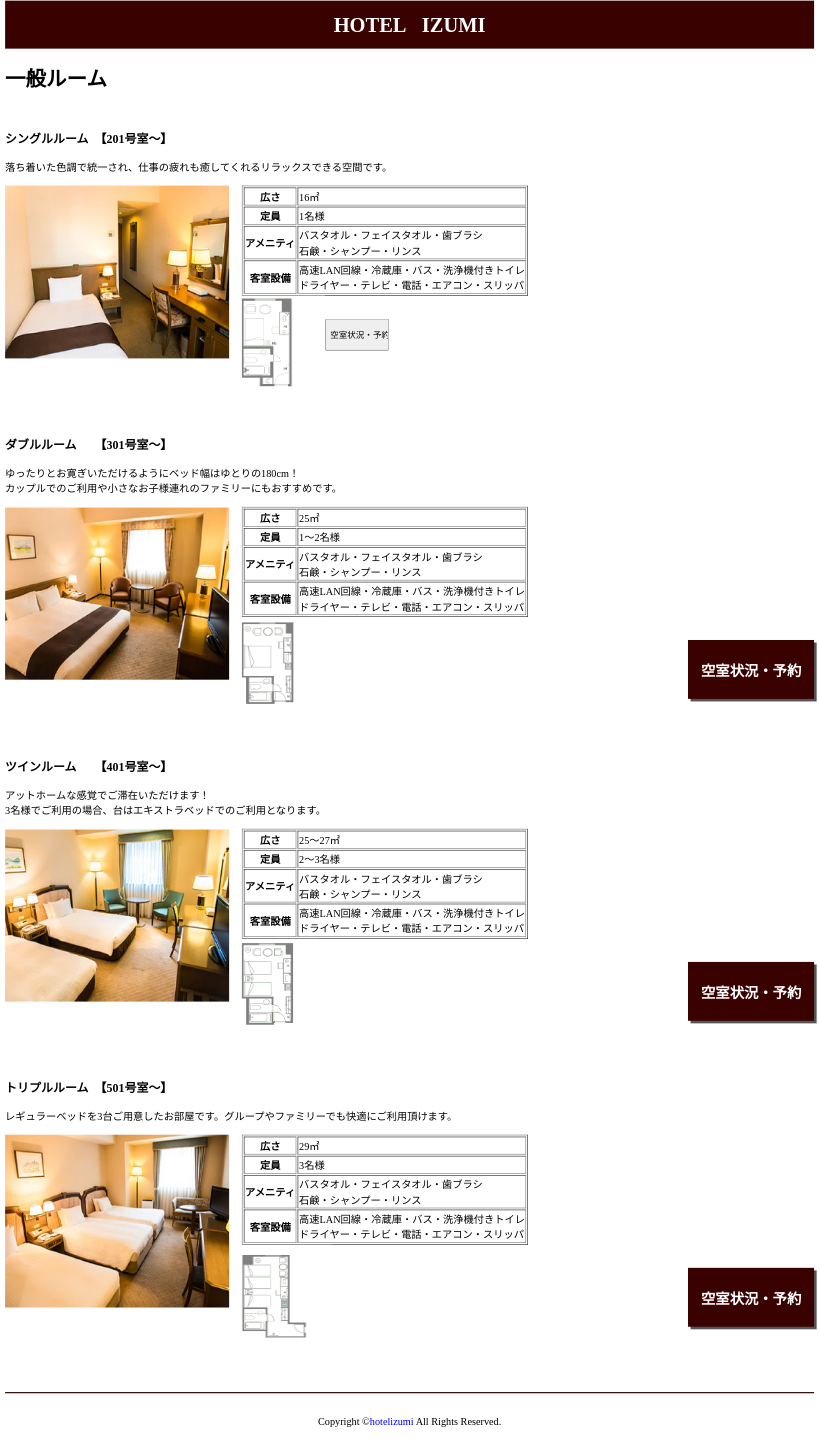
Repository: sep-dev/hotel_site
Page: http://localhost/HOTEL_IZUMI/general
The author's editor kept a copy of each file at every save. The page is drawn from the files as they stood at one save, then again after the next save.
The browser window is 1280 px wide. The pictures show the whole page, at 64% of full size.
The page is served by Tomcat 9. Other server files are loaded and not shown.

Above is the page before, as saved 2016-05-30 05:14:12.

### HOTEL_IZUMI/src/main/webapp/WEB-INF/views/general.jsp
<!DOCTYPE html>
<%@ page language="java" contentType="text/html; charset=UTF-8" pageEncoding="UTF-8"%>
<%@ taglib prefix="form" uri="http://www.springframework.org/tags/form" %>
<!-- http://www.aspen-hotel.co.jp/room/を参考 -->

<html>
  <head>
    <meta http-equiv="Content-Type" content="text/html; charset=Shift_JIS">
    <title>一般ルーム</title>
    <style type="text/css">
      div.example img {
        margin: 0px 20px 0px 0px;
      }
      <%@include file="../css/style.css" %>
    </style>
  </head>
  <body>
    <form action="http://localhost:8080/Izumi/calender">
      <div id="header">
        <div id="header h1"><h1><a HREF="http://localhost:8080/Izumi/top" STYLE="text-decoration:none"><font color="#FFFFFF">HOTEL&nbsp;&nbsp;&nbsp;IZUMI</font></a></h1></div>
      </div>

      <h1>一般ルーム</h1><br>
      <h3>シングルルーム　【201号室～】</h3>
      落ち着いた色調で統一され、仕事の疲れも癒してくれるリラックスできる空間です。<br><br>
      <div class="example">
        <img src="./resources/picture/ph01.jpg" alt="サンプル図" width="350" height="270"  align="left" >
      </div>
      <table border="1" >
        <tr>
          <th>広さ</th>
          <td>16㎡</td>
        </tr>
        <tr>
          <th>定員</th>
          <td>1名様</td>
        </tr>
        <tr>
          <th rowspan="2">アメニティ</th>
          <td rowspan="2">バスタオル・フェイスタオル・歯ブラシ<br>石鹸・シャンプー・リンス</td>
        </tr>
        <tr>
        </tr>
        <tr>
          <th rowspan="2">客室設備</th>
          <td rowspan="2">高速LAN回線・冷蔵庫・バス・洗浄機付きトイレ<br>ドライヤー・テレビ・電話・エアコン・スリッパ</td>
        </tr>
        <tr>
        </tr>
      </table>

      <img src="./resources/picture/ph01_shw1.png" alt="間取り図" width="130" height="146" align="left" ><br><br>

      <input type="submit" value="空室状況・予約" style="width:100px; height:50px" >
      <br clear="all">
      <br><br><br>

      <h3>ダブルルーム　　【301号室～】</h3>
      ゆったりとお寛ぎいただけるようにベッド幅はゆとりの180cm！<br>カップルでのご利用や小さなお子様連れのファミリーにもおすすめです。<br><br>
      <div class="example">
        <img src="./resources/picture/ph04.jpg" alt="サンプル図" width="350" height="270"  align="left" >
      </div>
      <table border="1" >
        <tr>
          <th>広さ</th>
          <td>25㎡</td>
        </tr>
        <tr>
          <th>定員</th>
          <td>1～2名様</td>
        </tr>
        <tr>
          <th rowspan="2">アメニティ</th>
          <td rowspan="2">バスタオル・フェイスタオル・歯ブラシ<br>石鹸・シャンプー・リンス</td>
        </tr>
        <tr>
        </tr>
        <tr>
          <th rowspan="2">客室設備</th>
          <td rowspan="2">高速LAN回線・冷蔵庫・バス・洗浄機付きトイレ<br>ドライヤー・テレビ・電話・エアコン・スリッパ</td>
        </tr>
        <tr>
        </tr>
      </table>

      <img src="./resources/picture/ph04_shw1.png" alt="間取り図" width="130" height="146" align="left" ><br><br>

      <button class="button2" type="submit" value="301" >空室状況・予約</button>
      <br clear="all">
      <br><br><br>

      <h3>ツインルーム　　【401号室～】</h3>
      アットホームな感覚でご滞在いただけます！<br>3名様でご利用の場合、台はエキストラベッドでのご利用となります。<br><br>

      <div class="example">
        <img src="./resources/picture/ph06.jpg" alt="サンプル図" width="350" height="270"  align="left" >
      </div>
      <table border="1" >
        <tr>
          <th>広さ</th>
          <td>25～27㎡</td>
        </tr>
        <tr>
          <th>定員</th>
          <td>2～3名様</td>
        </tr>
        <tr>
          <th rowspan="2">アメニティ</th>
          <td rowspan="2">バスタオル・フェイスタオル・歯ブラシ<br>石鹸・シャンプー・リンス</td>
        </tr>
        <tr>
        </tr>
        <tr>
          <th rowspan="2">客室設備</th>
          <td rowspan="2">高速LAN回線・冷蔵庫・バス・洗浄機付きトイレ<br>ドライヤー・テレビ・電話・エアコン・スリッパ</td>
        </tr>
        <tr>
        </tr>
      </table>

      <img src="./resources/picture/ph06_shw1.png" alt="間取り図" width="120" height="146" align="left" ><br><br>

      <button class="button2" type="submit" value="401" >空室状況・予約</button>
      <br clear="all">
      <br><br><br>

      <h3>トリプルルーム　【501号室～】</h3>
      レギュラーベッドを3台ご用意したお部屋です。グループやファミリーでも快適にご利用頂けます。<br><br>
      <div class="example">
        <img src="./resources/picture/ph07.jpg" alt="サンプル図" width="350" height="270"  align="left" >
      </div>
      <table border="1" >
        <tr>
          <th>広さ</th>
          <td>29㎡</td>
        </tr>
        <tr>
          <th>定員</th>
          <td>3名様</td>
        </tr>
        <tr>
          <th rowspan="2">アメニティ</th>
          <td rowspan="2">バスタオル・フェイスタオル・歯ブラシ<br>石鹸・シャンプー・リンス</td>
        </tr>
        <tr>
        </tr>
        <tr>
          <th rowspan="2">客室設備</th>
          <td rowspan="2">高速LAN回線・冷蔵庫・バス・洗浄機付きトイレ<br>ドライヤー・テレビ・電話・エアコン・スリッパ</td>
        </tr>
        <tr>
        </tr>
      </table>

      <img src="./resources/picture/ph07_shw1.png" alt="間取り図" width="140" height="146" align="left" ><br><br>

      <button class="button2" type="submit" value="501" >空室状況・予約</button>
      <br clear="all">
      <br><br><br>

      <div id="footer">
        <p id="copyright">Copyright &copy;<a href="http://hotelizumi.com">hotelizumi</a> All Rights Reserved.</p>
      </div>
    </form>
  </body>
</html>

### HOTEL_IZUMI/src/main/webapp/WEB-INF/views/common/header.jsp
<%@ taglib uri="http://java.sun.com/jsp/jstl/core" prefix="c" %>
<%@ taglib prefix="form" uri="http://www.springframework.org/tags/form"%>
<%@page language="java" contentType="text/html; charset=UTF-8" pageEncoding="UTF-8"%>
<%@ page contentType="text/html; charset=UTF-8"%>

### HOTEL_IZUMI/src/main/webapp/WEB-INF/css/style.css
html{
    margin: 0;
    margin-top:-20px;
    padding: 0;
    width:100%;
    height:100%;
}
.top{
	display:block;
	margin-left:auto;
	margin-right:auto;
}

#contents {
    top : 0px;
    padding : 10px;
    margin : 10px;
    text-align : center;
}

#contents img{
    padding-bottom:10px;
}

#contents button {
    font-size: 1.4em;
    font-weight: bold;
    padding: 10px 30px;
    background-color: #200;
    color: #ffffff;
    border-style: none;
}

#table{
    border:0;
    background-color:#CCCCCC;
    font-size:24px;
    color:#666666;
    width:200px;
}

#table3{
    border:0;
    background-color:#CCCCCC;
    font-size:24px;
    color:#666666;
    width:200px;
}

/*--------calender----------*/
#Sunday{
    text-align:center;
    width:200;
    height:40;
    background-color:#C7D8ED;
    color:#FF3300;
    padding:15px;
}
#MonFri{
    text-align:center;
    width:200;
    background-color:#C7D8ED;
    color:#666666;
    padding:15px;
}
#Saturday{
    text-align:center;
    width:200;
    background-color:#C7D8ED;
    color:#666666;
    padding:15px;
}
#Saturday2{
    text-align:center;
    width:200;
    background-color:#A6C0E1;
    color:#666666;
}
#Sunday2{
    text-align:center;
    height:40;
    background-color:#FFCC99;
    color:#666666;
}
#Weekday{
    text-align:center;
    background-color:#FFFFFF;
    color:#666666;
    width:200;
}
#publicholiday{
    text-align:center;
    background-color:#FF3300;
    color:#FFFFFF;
}
#table2 tr td{
    border:0;
    font-size:24px;
    color:#666666;
    width:400px;
}
#float{
    float:left;
}
/* --------------------------------------*/

#header {
    top: 0px;
    left: 0px;
    height: 75px;
    margin-right: auto;
    margin-left: auto;
    text-align : center;
    background-color : #3A0101;

}
#header h1{
    padding-top: 20px;
    font-family: 'Times New Roman', Times, serif;
 	color:#ffffff;
}


#top{
    font-size: 200%;
}

#oneset{
	padding-top: 10px;
	padding-bottom: 10px;

	border-width: thick;
	border-color: #999AAA;
	border-style: ridge;
}
#name
{
    text-align: center;
	font-size: 150%;
    font-family: 'Segoe UI', Tahoma, Geneva, Verdana, sans-serif;
    font-weight: bold;
    background-color: #999AAA;
    font-family: 'Times New Roman', Times, serif;

}
#message{
	color: #000000;
    padding-left: 300px;
	font-size: 150%;

	text-align: left; margin-left: 100px; margin-right: 0px; width: 1000px;
}


/*---------入力フォーム----------*/

#reservation{

    padding-top: 20px;
    margin-bottom:50px;
    font-family: 'Times New Roman', Times, serif;
 	color:#000000;
}

#form{
    margin-top:30px

}


button.button2 {
    float:right;
    font-size: 1.4em;
    font-weight: bold;
    padding: 30px 20px;
    background-color: #3A0101;
    color: #ffffff;
    border-style: none;
    font-family: 'Times New Roman', Times, serif;
    box-shadow:4px 4px #555;
}

/*
footer ------------------------------------------------------*/

#footer {
    margin-top:30px;
    border-top:2px solid #3A1010;
    padding-top:20px;
    padding-bottom:20px;
}

#footer p{
    text-align:center;
}
#footer p a{
    text-decoration: none;
}
#footborder hr{
    border-color:#3A1010;
    border-width:1px;
}

After the next save:
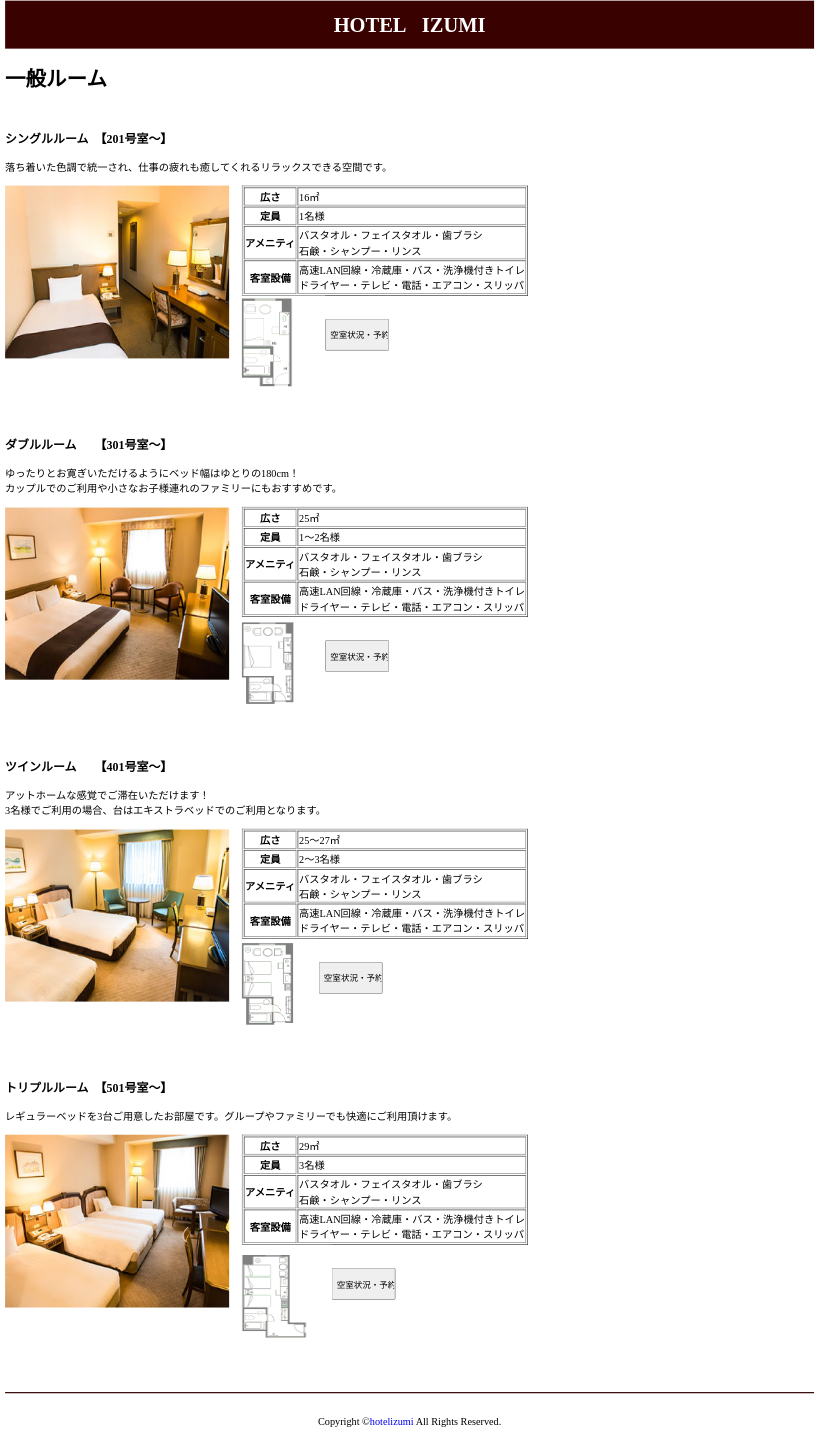
Saved 64 s later.
--- a/HOTEL_IZUMI/src/main/webapp/WEB-INF/views/general.jsp
+++ b/HOTEL_IZUMI/src/main/webapp/WEB-INF/views/general.jsp
@@ -51,7 +51,7 @@
 
       <img src="./resources/picture/ph01_shw1.png" alt="間取り図" width="130" height="146" align="left" ><br><br>
 
-      <input type="submit" value="空室状況・予約" style="width:100px; height:50px" >
+      <input type="submit" name="201" value="空室状況・予約" style="width:100px; height:50px" >
       <br clear="all">
       <br><br><br>
 
@@ -85,7 +85,7 @@
 
       <img src="./resources/picture/ph04_shw1.png" alt="間取り図" width="130" height="146" align="left" ><br><br>
 
-      <button class="button2" type="submit" value="301" >空室状況・予約</button>
+      <input type="submit" name="301" value="空室状況・予約" style="width:100px; height:50px" >
       <br clear="all">
       <br><br><br>
 
@@ -120,7 +120,7 @@
 
       <img src="./resources/picture/ph06_shw1.png" alt="間取り図" width="120" height="146" align="left" ><br><br>
 
-      <button class="button2" type="submit" value="401" >空室状況・予約</button>
+      <input type="submit" name="401" value="空室状況・予約" style="width:100px; height:50px" >
       <br clear="all">
       <br><br><br>
 
@@ -154,7 +154,7 @@
 
       <img src="./resources/picture/ph07_shw1.png" alt="間取り図" width="140" height="146" align="left" ><br><br>
 
-      <button class="button2" type="submit" value="501" >空室状況・予約</button>
+      <input type="submit" name="501" value="空室状況・予約" style="width:100px; height:50px" >
       <br clear="all">
       <br><br><br>
 
